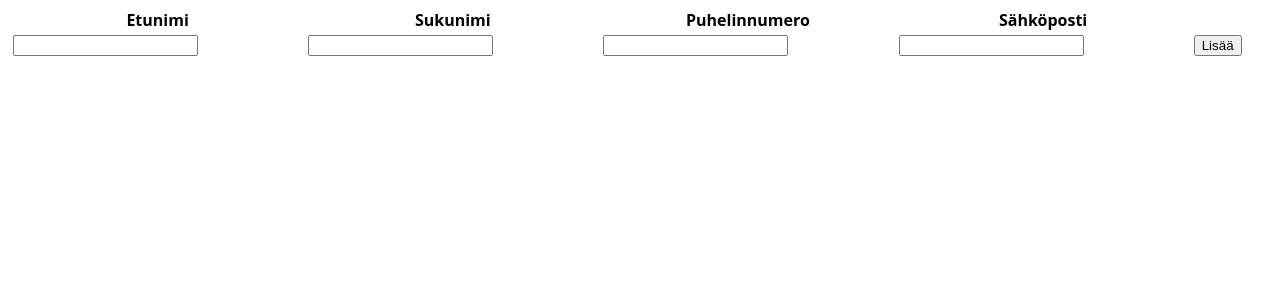
Repository: helijoas/etat7
Page: http://localhost/Asiakkaat/lisaaasiakas.jsp
These files come from the project's save history. The page is drawn as it stood at one moment and after the next save; the edit follows.
The browser window is 1280 px wide. The pictures show the whole page.
The page is served by Tomcat 9. Other server files are loaded and not shown.

Above is the page before, as saved 2020-04-29 12:15:27.

### Asiakkaat/WebContent/lisaaasiakas.jsp
<%@ page language="java" contentType="text/html; charset=UTF-8"
    pageEncoding="UTF-8"%>
<!DOCTYPE html>
<html>
<head>
<meta charset="UTF-8">
<script src="https://ajax.googleapis.com/ajax/libs/jquery/3.4.1/jquery.min.js"></script>
<script src="http://ajax.aspnetcdn.com/ajax/jquery.validate/1.15.0/jquery.validate.min.js"></script>
<link rel="stylesheet" type="text/css" href="css/main.css">
<title>Lisää asiakas</title>
</head>
<body>
<form id="tiedot">
	<table>
		<thead>
			<tr>
				<th>Etunimi</th>
				<th>Sukunimi</th>
				<th>Puhelinnumero</th>
				<th>Sähköposti</th>
				<th></th>
			</tr>
		</thead>
		<tbody>
			<tr>
				<td><input type="text" name="etunimi" id="etunimi"></td>
				<td><input type="text" name="sukunimi" id="sukunimi"></td>
				<td><input type="text" name="puhelin" id="puhelin"></td>
				<td><input type="text" name="sposti" id="sposti"></td>
				<td><input type="submit" id="tallenna" value="Lisää"></td>
			</tr>
		</tbody>
	</table>
</form>
</body>
</html>

### Asiakkaat/WebContent/css/main.css
body {
	font-family: 'Open Sans', sans-serif;
}

table {
  width: 100%;
  border-collapse: collapse;
}

tr:nth-child(even) {
	background-color: #f2f2f2;
}

th, td {
	padding-left: 5px;
}

#hakurivi {
	text-align: right;
}

#hakusana {
	width: 90%;
}

#listaus th {
  padding-top: 12px;
  padding-bottom: 12px;
  text-align: left;
  background-color: #F08080;
  color: black;
}

#hakunappi {
	font-family: 'Open Sans', sans-serif;
	font-size: 14px;
	padding: 2px 18px;
}

After the next save:
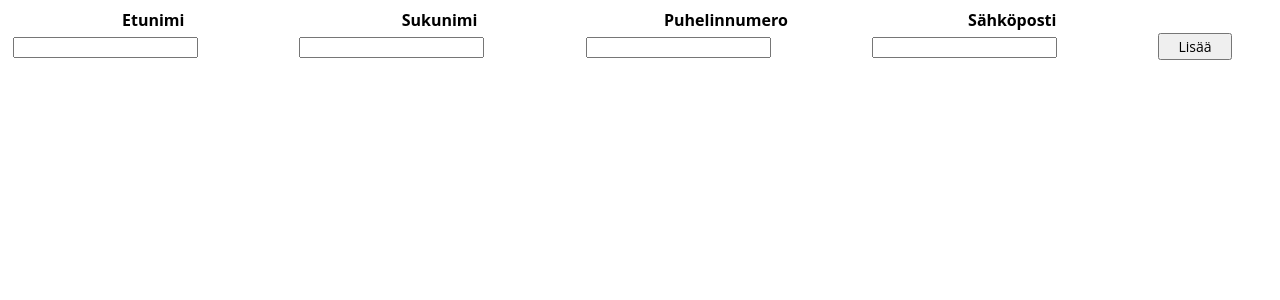
Saved 83 s later.
--- a/Asiakkaat/WebContent/css/main.css
+++ b/Asiakkaat/WebContent/css/main.css
@@ -31,7 +31,7 @@ th, td {
   color: black;
 }
 
-#hakunappi {
+#hakunappi, #tallenna {
 	font-family: 'Open Sans', sans-serif;
 	font-size: 14px;
 	padding: 2px 18px;
